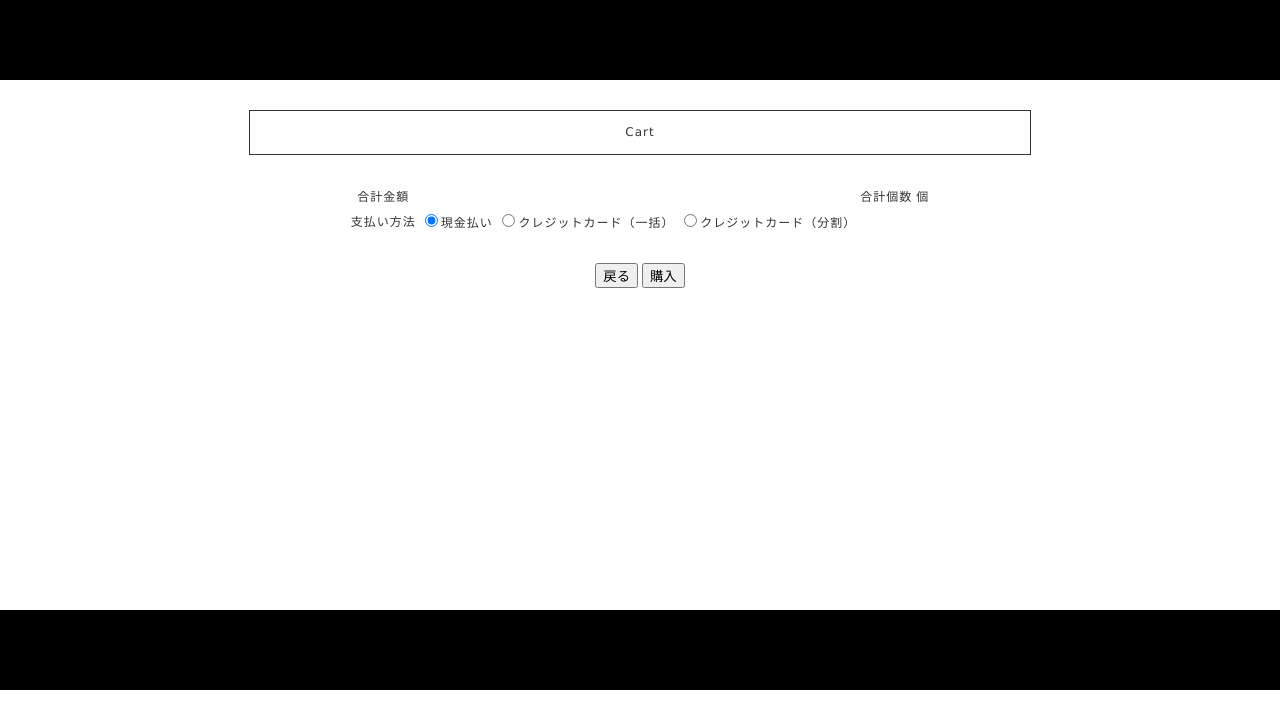
Repository: kazuki7291/backup
Page: http://localhost/template/cart.jsp
An editor plug-in stored every save of this project. The page is shown before and after the next save, followed by the edit.
The browser window is 1280 px wide. The pictures show the whole page.
Some web libraries are served in a nearby version. The page is served by Tomcat 9. Other server files are loaded and not shown.

Above is the page before, as saved 2018-01-10 11:47:37.

### template/WebContent/cart.jsp

<%@ page language="java" contentType="text/html; charset=UTF-8"
	pageEncoding="UTF-8"%>
<%@ taglib prefix="s" uri="/struts-tags"%>

<!DOCTYPE html>
<html>
<head>
	<meta charset="utf-8">
	<meta http-equiv="Content-Type" content="text/html; charset=utf-8" />
	<meta http-equiv="Content-Style-Type" content="text/css" />
	<meta http-equiv="Content-Script-Type" content="text/javascript" />
	<meta http-equiv="imagetoolbar" content="no" />
	<meta name="description" content="" />
	<meta name="keywords" content="" />
	<meta charset="utf-8">
	<script src="http://ajax.googleapis.com/ajax/libs/jquery/1.9.1/jquery.min.js"></script>
	<title>Cart画面</title>
	<style type="text/css">
	/* ========TAG LAYOUT======== */
		body {
		   margin:0;
		   padding:0;
		   line-height:1.6;
		   letter-spacing:1px;
		   font-family:Verdana, Helvetica, sans-serif;
		   font-size:12px;
		   color:#333;
		   background:#fff;
		}

		table {
			text-align:center;
			margin:0 auto;
		}

	/* ========ID LAYOUT======== */
		#top {
		   width:780px;
		   margin:30px auto;
		   border:1px solid #333;
		}

		#header {
		   width: 100%;
		   height: 80px;
		   background-color: black;
		}

		#main {
		   width: 100%;
		   height: 500px;
		   text-align: center;
		}

		#footer {
			width: 100%;
			height: 80px;
			background-color: black;
			clear:both;
		}
	</style>
	<script type="text/javascript">
		function submitAction(url) {
			$('form').attr('action', url);
			$('form').submit();
		}
	</script>
</head>
<body>
	<div id="header">
	 	<div id="pr">
		</div>
	</div>
	<div id="main">
		<div id="top">
			<p>Cart</p>
		</div>
		<div>
		<s:if test="session.total_count == 0">
			<td>商品情報がありません。</td>
		</s:if>
		<s:else>
			<s:form action="DeleteCartAction">
			<s:iterator value = "session.buyitemCartList">
				<tr>
					<td>
						<s:property value="itemName" />
					</td>
					<td>
						<s:property value="itemPrice" />
					</td>
					<td></td>
					<td>
						<s:property value="count" /><span>個</span>
					</td>
					<td>
						<input type="checkbox" name="DeleteFlag" value="<s:property value='id' />"/>
					</td>
				</tr>
			</s:iterator>
				<tr>
					<td>合計金額</td>
					<td><s:property value="session.total_price"/></td>
					<td>合計個数</td>
					<td><s:property value="session.total_count"/><span>個</span></td>
				</tr>
					<tr>
						<td>
							<span>支払い方法</span>
						</td>
						<td>
							<input type="radio" name="pay" value="1" checked="checked">現金払い
							<input type="radio" name="pay" value="2">クレジットカード（一括）
							<input type="radio" name="pay" value="3">クレジットカード（分割）
						</td>
					</tr>
			</s:form>
		</s:else>
		<s:form>
				<tr>
					<td>
						<br>
					</td>
				</tr>
				<tr>
					<td><input type="button" value="戻る" onclick="submitAction('HomeAction')" /></td>
					<td><input type="button" value="購入" onclick="submitAction('GobuyItemConfirmAction')" /></td>
				</tr>
			</s:form>
		</div>
	</div>
	<div id="footer">
		<div id="pr">
		</div>
	</div>
</body>
</html>

After the next save:
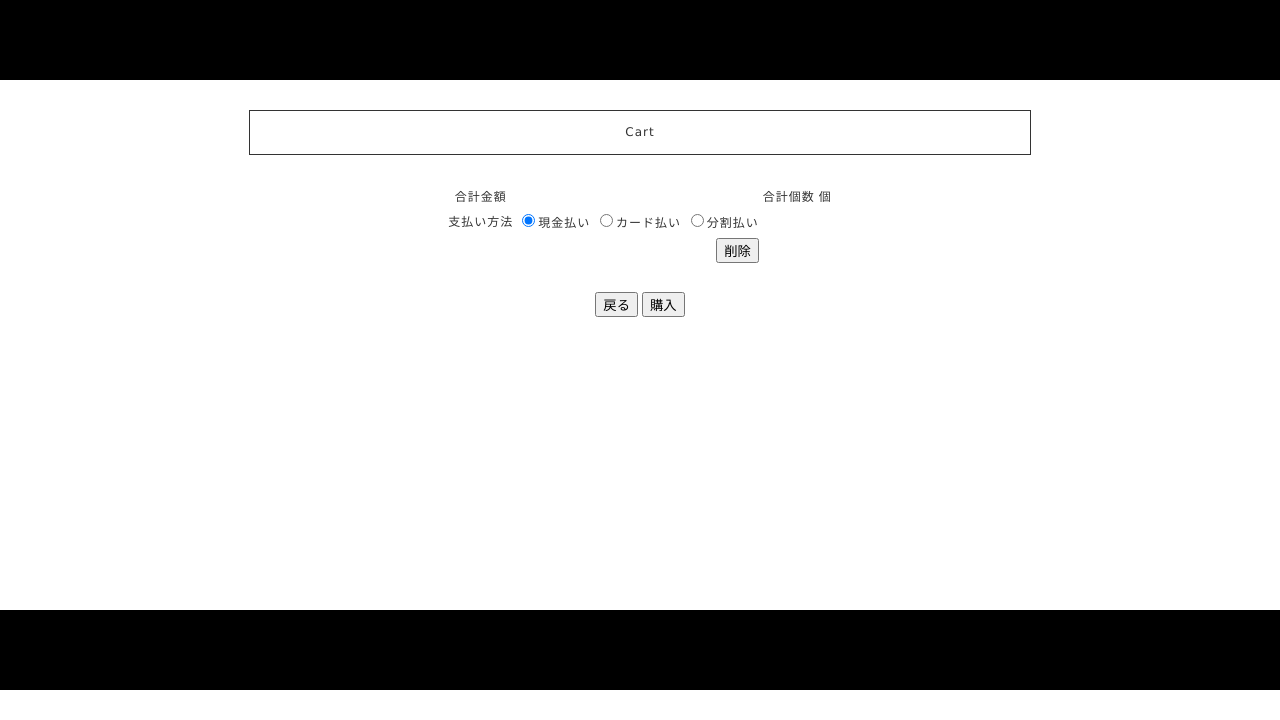
Saved 7 min 27 s later.
--- a/template/WebContent/cart.jsp
+++ b/template/WebContent/cart.jsp
@@ -105,16 +105,17 @@
 					<td>合計個数</td>
 					<td><s:property value="session.total_count"/><span>個</span></td>
 				</tr>
-					<tr>
-						<td>
-							<span>支払い方法</span>
-						</td>
-						<td>
-							<input type="radio" name="pay" value="1" checked="checked">現金払い
-							<input type="radio" name="pay" value="2">クレジットカード（一括）
-							<input type="radio" name="pay" value="3">クレジットカード（分割）
-						</td>
-					</tr>
+				<tr>
+					<td>支払い方法</td>
+					<td>
+						<input type="radio" value="1" checked="checked">現金払い
+						<input type="radio" value="2">カード払い
+						<input type="radio" value="3">分割払い
+					</td>
+					<td>
+						<s:submit value="削除"/>
+					</td>
+				</tr>
 			</s:form>
 		</s:else>
 		<s:form>
@@ -125,7 +126,7 @@
 				</tr>
 				<tr>
 					<td><input type="button" value="戻る" onclick="submitAction('HomeAction')" /></td>
-					<td><input type="button" value="購入" onclick="submitAction('GobuyItemConfirmAction')" /></td>
+					<td><input type="button" value="購入" onclick="submitAction('')" /></td>
 				</tr>
 			</s:form>
 		</div>
